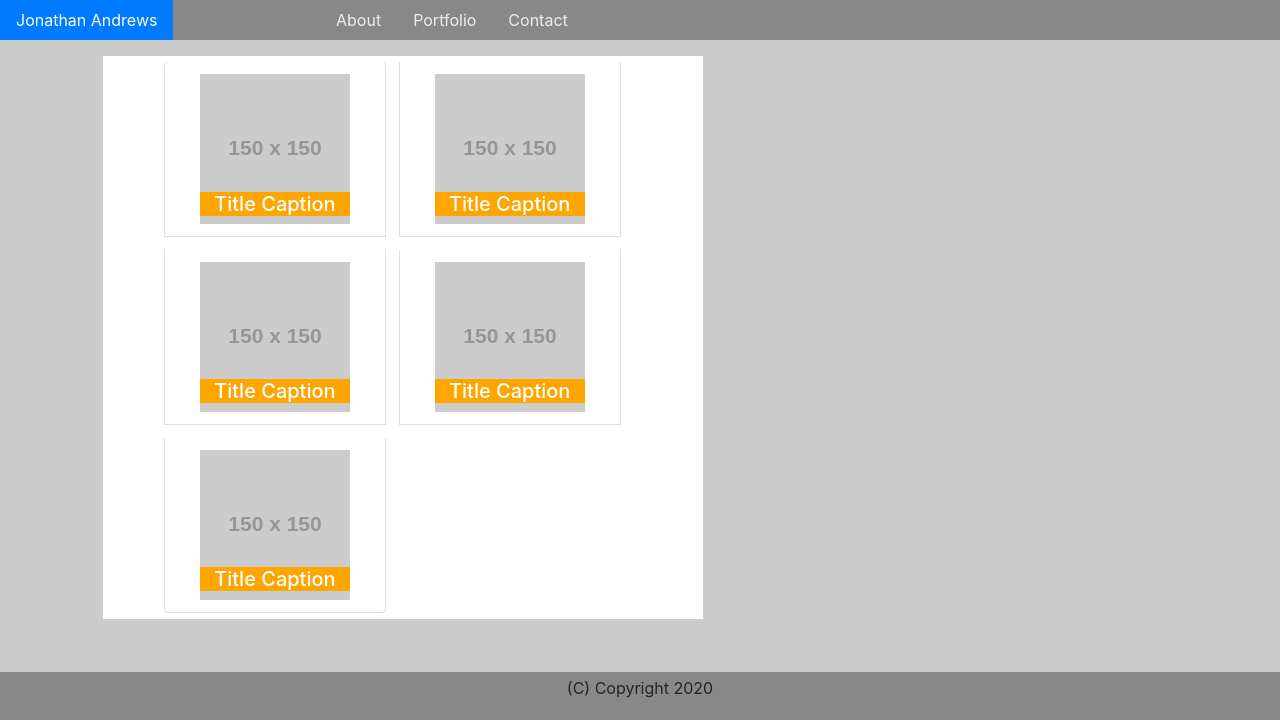
Repository: ionathas78/ionathas78.github.io
Page: portfolio.html
The author's editor kept a copy of each file at every save. The page is drawn from the files as they stood at one save, then again after the next save.
The browser window is 1280 px wide. The pictures show the whole page.

Above is the page before, as saved 2020-03-17 18:51:12.

### portfolio.html
<!DOCTYPE html>
<html lang="en">
<head>
    <meta charset="UTF-8">
    <meta name="viewport" content="width=device-width, initial-scale=1.0">
    <title>Jonathan Andrews</title>

    <link rel="stylesheet" href="https://stackpath.bootstrapcdn.com/bootstrap/4.4.1/css/bootstrap.min.css" integrity="sha384-Vkoo8x4CGsO3+Hhxv8T/Q5PaXtkKtu6ug5TOeNV6gBiFeWPGFN9MuhOf23Q9Ifjh" crossorigin="anonymous">
    <style type="text/CSS">.list-group-item, li:first-child {border-top: 0;}</style>
</head>
<body style="background-color: #ccc">
    <header>
        <ul class="nav col-sm-12 col-med-3 col-lg-3 float-left" style="background-color: #888;">
            <li class="nav-item bg-primary">
              <a class="nav-link active" href="#" style="color: white;">Jonathan Andrews</a>
            </li>
        </ul>
        <ul class="nav col-sm-12 col-med-9 col-lg-9 float-left" style="background-color: #888;">
            <li class="nav-item">
              <a class="nav-link" href="index.html" style="color: #eee;">About</a>
            </li>
            <li class="nav-item">
              <a class="nav-link active" href="portfolio.html" style="color: #eee;">Portfolio</a>
            </li>
            <li class="nav-item">
                <a class="nav-link" href="contact.html" style="color: #eee;">Contact</a>
            </li>
        </ul>
    </header>

    <div class="container">
        <div class="row" style="clear:both;">
            <div class="col-sm-7 col-md-8 col-lg-7">
                <div class="container clearfix" style="max-width: 600px; background-color: white;">
                    <!-- <ul class="list-group list-group-horizontal float-left"> -->
                    <ul>
                        <li class="list-group-item float-left" style="margin: 0.5vw;">
                            <div class="container">
                                <a style="position: relative;" href="" target="_blank"><img src="https://via.placeholder.com/150" alt="Placeholder Item Image"/></a>
                                <h5 style="position: absolute; background-color: orange; color: white; bottom: 1vw; width: 150px; text-align: center;">Title Caption</h5>
                            </div>
                        </li>
                        <li class="list-group-item float-left" style="margin: 0.5vw;">
                            <div class="container">
                                <a style="position: relative;" href="" target="_blank"><img src="https://via.placeholder.com/150" alt="Placeholder Item Image"/></a>
                                <h5 style="position: absolute; background-color: orange; color: white; bottom: 1vw; width: 150px; text-align: center;">Title Caption</h5>
                            </div>
                        </li>
                        <li class="list-group-item float-left" style="margin: 0.5vw;">
                            <div class="container">
                                <a style="position: relative;" href="" target="_blank"><img src="https://via.placeholder.com/150" alt="Placeholder Item Image"/></a>
                                <h5 style="position: absolute; background-color: orange; color: white; bottom: 1vw; width: 150px; text-align: center;">Title Caption</h5>
                            </div>
                        </li>
                        <li class="list-group-item float-left" style="margin: 0.5vw;">
                            <div class="container">
                                <a style="position: relative;" href="" target="_blank"><img src="https://via.placeholder.com/150" alt="Placeholder Item Image"/></a>
                                <h5 style="position: absolute; background-color: orange; color: white; bottom: 1vw; width: 150px; text-align: center;">Title Caption</h5>
                            </div>
                        </li>
                        <li class="list-group-item float-left" style="margin: 0.5vw;">
                            <div class="container">
                                <a style="position: relative;" href="" target="_blank"><img src="https://via.placeholder.com/150" alt="Placeholder Item Image"/></a>
                                <h5 style="position: absolute; background-color: orange; color: white; bottom: 1vw; width: 150px; text-align: center;">Title Caption</h5>
                            </div>
                        </li>
                      </ul>
                </div>
            </div>
        </div>
    </div>

    <footer style="position: fixed; bottom: 0; background-color: #888; width: 100%;">
        <p style="line-height: 200%; text-align: center;">
            (C) Copyright 2020
        </p>
    </footer>
    <!-- JS Scripts -->

    <script src="https://code.jquery.com/jquery-3.4.1.slim.min.js" integrity="sha384-J6qa4849blE2+poT4WnyKhv5vZF5SrPo0iEjwBvKU7imGFAV0wwj1yYfoRSJoZ+n" crossorigin="anonymous"></script>
    <script src="https://cdn.jsdelivr.net/npm/popper.js@1.16.0/dist/umd/popper.min.js" integrity="sha384-Q6E9RHvbIyZFJoft+2mJbHaEWldlvI9IOYy5n3zV9zzTtmI3UksdQRVvoxMfooAo" crossorigin="anonymous"></script>
    <script src="https://stackpath.bootstrapcdn.com/bootstrap/4.4.1/js/bootstrap.min.js" integrity="sha384-wfSDF2E50Y2D1uUdj0O3uMBJnjuUD4Ih7YwaYd1iqfktj0Uod8GCExl3Og8ifwB6" crossorigin="anonymous"></script>
</body>
</html>

After the next save:
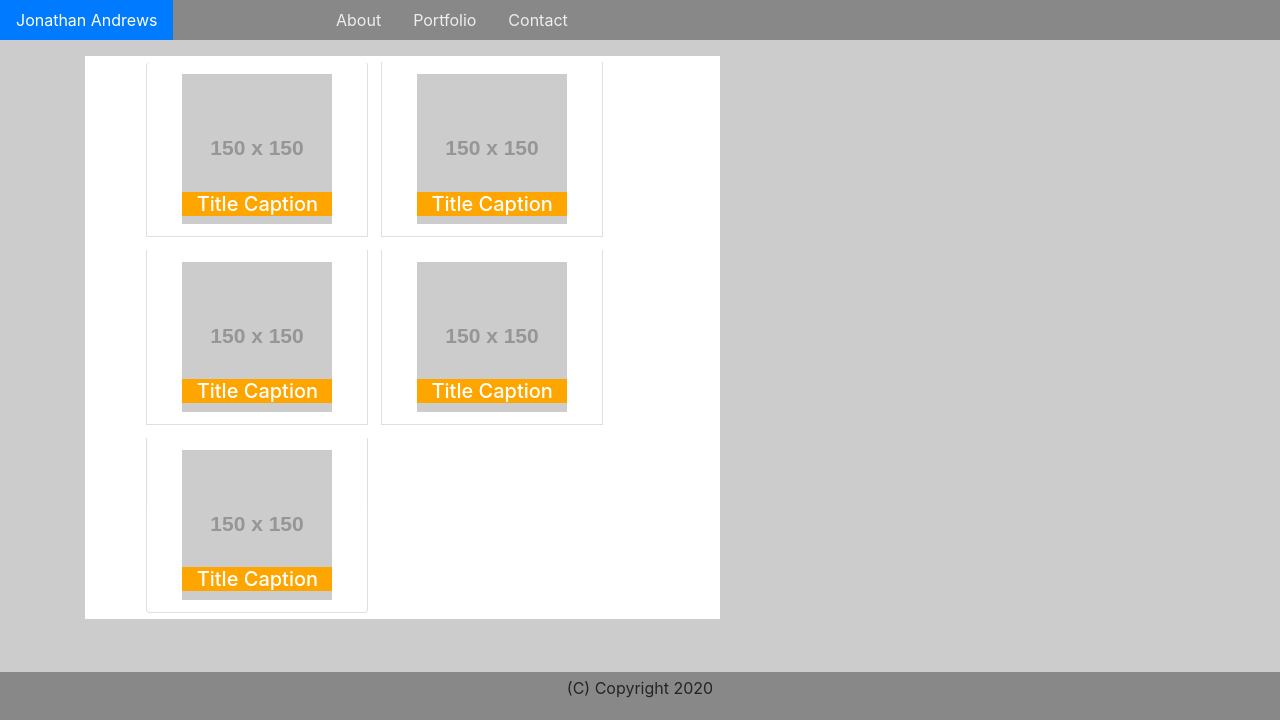
Saved 31 s later.
--- a/portfolio.html
+++ b/portfolio.html
@@ -31,7 +31,7 @@
     <div class="container">
         <div class="row" style="clear:both;">
             <div class="col-sm-7 col-md-8 col-lg-7">
-                <div class="container clearfix" style="max-width: 600px; background-color: white;">
+                <div class="container clearfix" style="background-color: white;">
                     <!-- <ul class="list-group list-group-horizontal float-left"> -->
                     <ul>
                         <li class="list-group-item float-left" style="margin: 0.5vw;">
